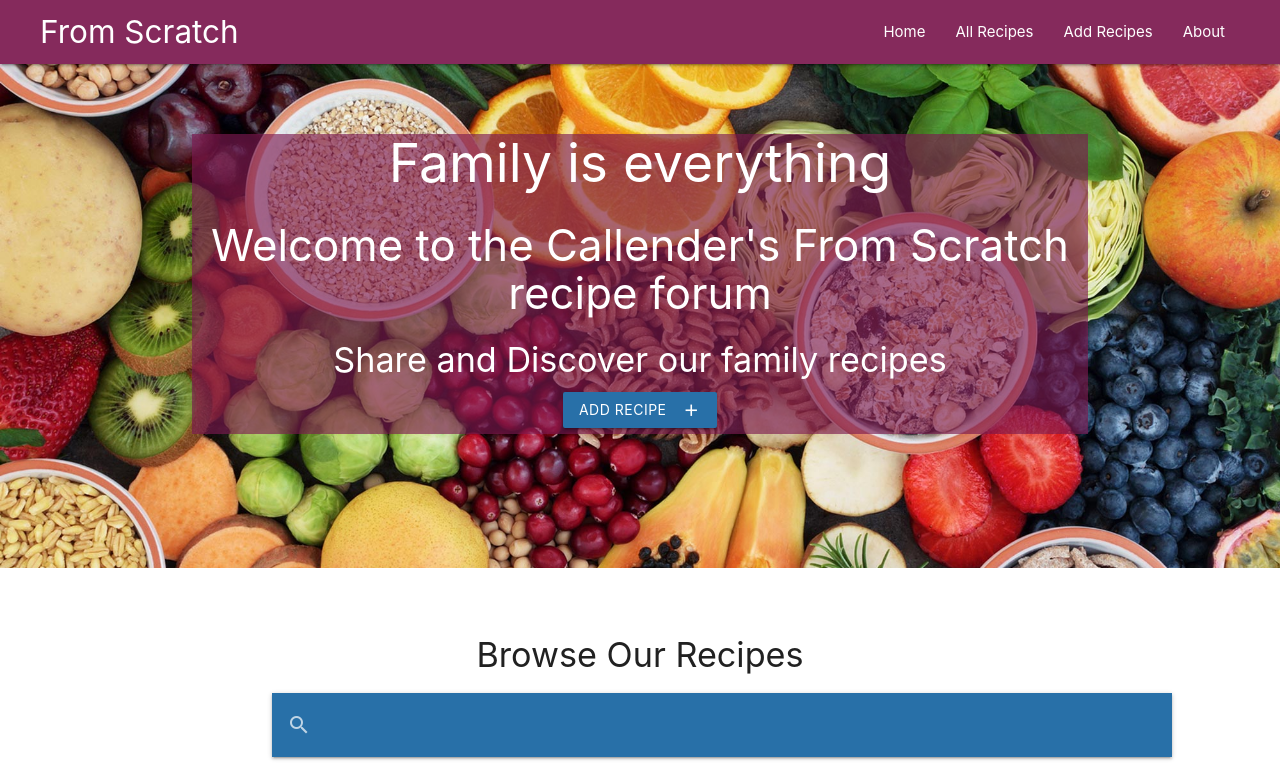
Repository: callendera/MilestoneProject3
Page: http://localhost/
The author's editor kept a record of every edit. The page is drawn from the files as they stood at one moment, then again after the next edit.
The browser window is 1280 px wide. The pictures show the whole page.
Backgrounds fixed to the window are drawn as part of the page. The page is served by the project's application, run on Flask 3 (recipe.py). Queries for data that is not in the repository find no rows.

Above is the page before.
Console error: SyntaxError: Unexpected token ')'

After the next edit:
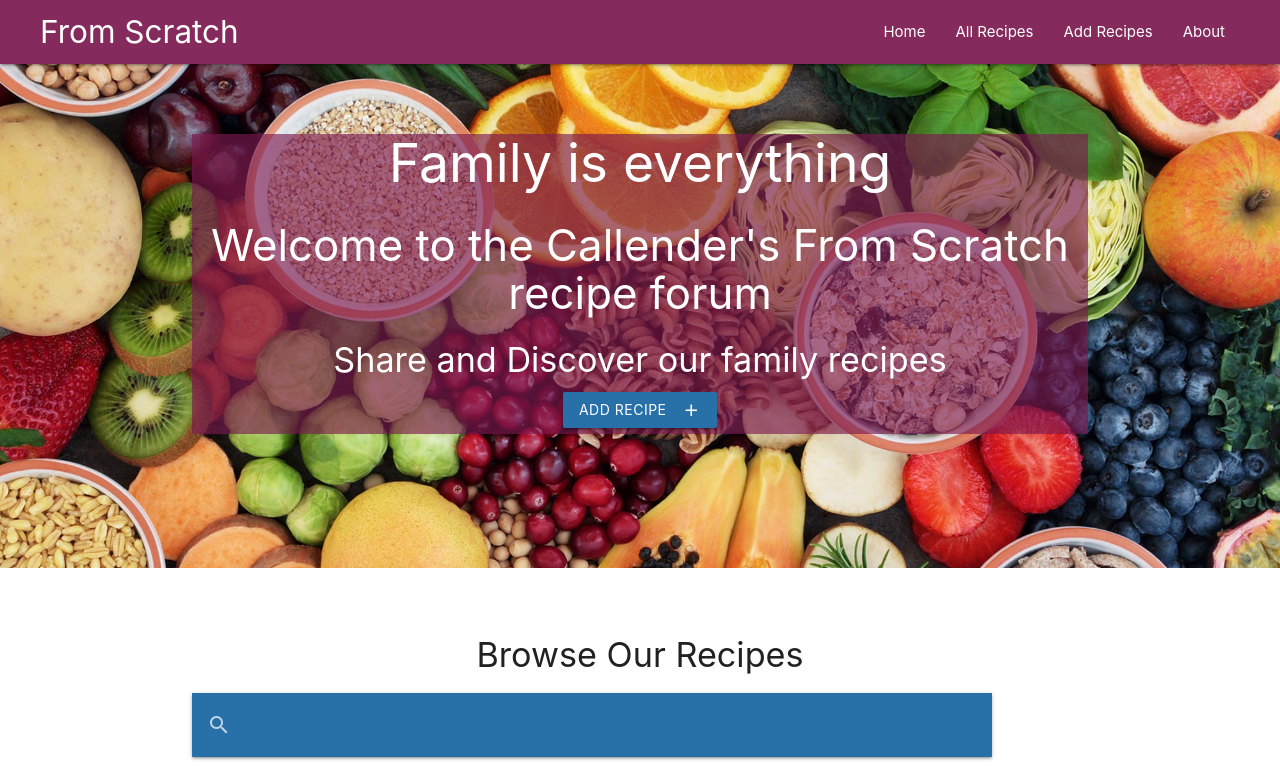
The edit:
--- a/static/css/style.css
+++ b/static/css/style.css
@@ -150,9 +150,12 @@
         ;
     }
     .my-search-bar-margin {
-    margin-top: 20px;
-    width: 900px;
+    width: 800px;
     }
+    .recipe-row-margin {
+    margin-left: 0px;
+}
+
 }
 
 @media (min-width: 1200px) {
